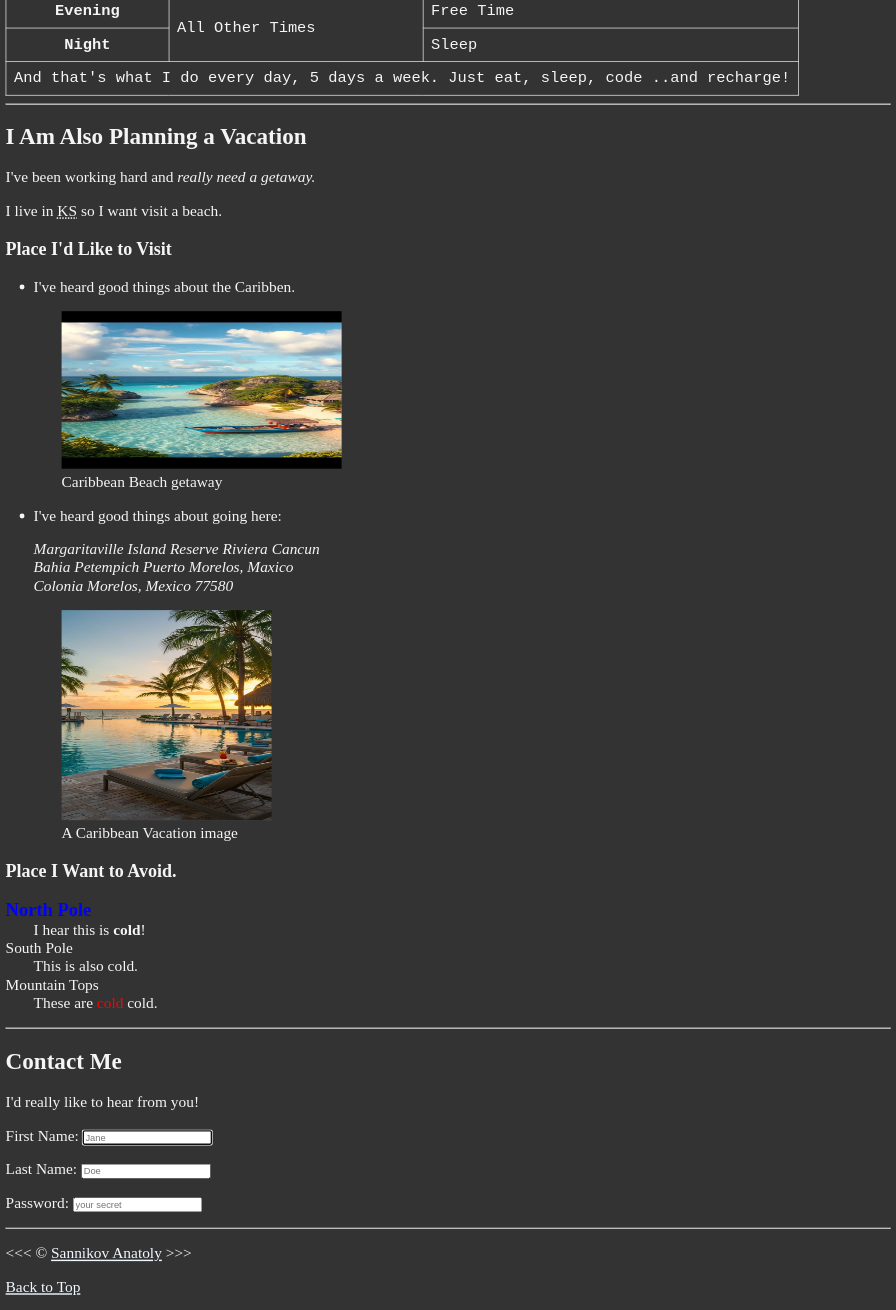
Repository: sannikovcode/exercises-a1
Page: JS/test1/task3/index.html
These files come from the project's save history. The page is drawn as it stood at one moment and after the next save; the edit follows.
The browser window is 1280 px wide. The pictures show the part of the page from y = 1372 to 3292 px (the page is 3244 px tall before and 3292 px after), at 70% of full size.

Above is the page before, as saved 2025-10-15 09:37:34.

After the next save:
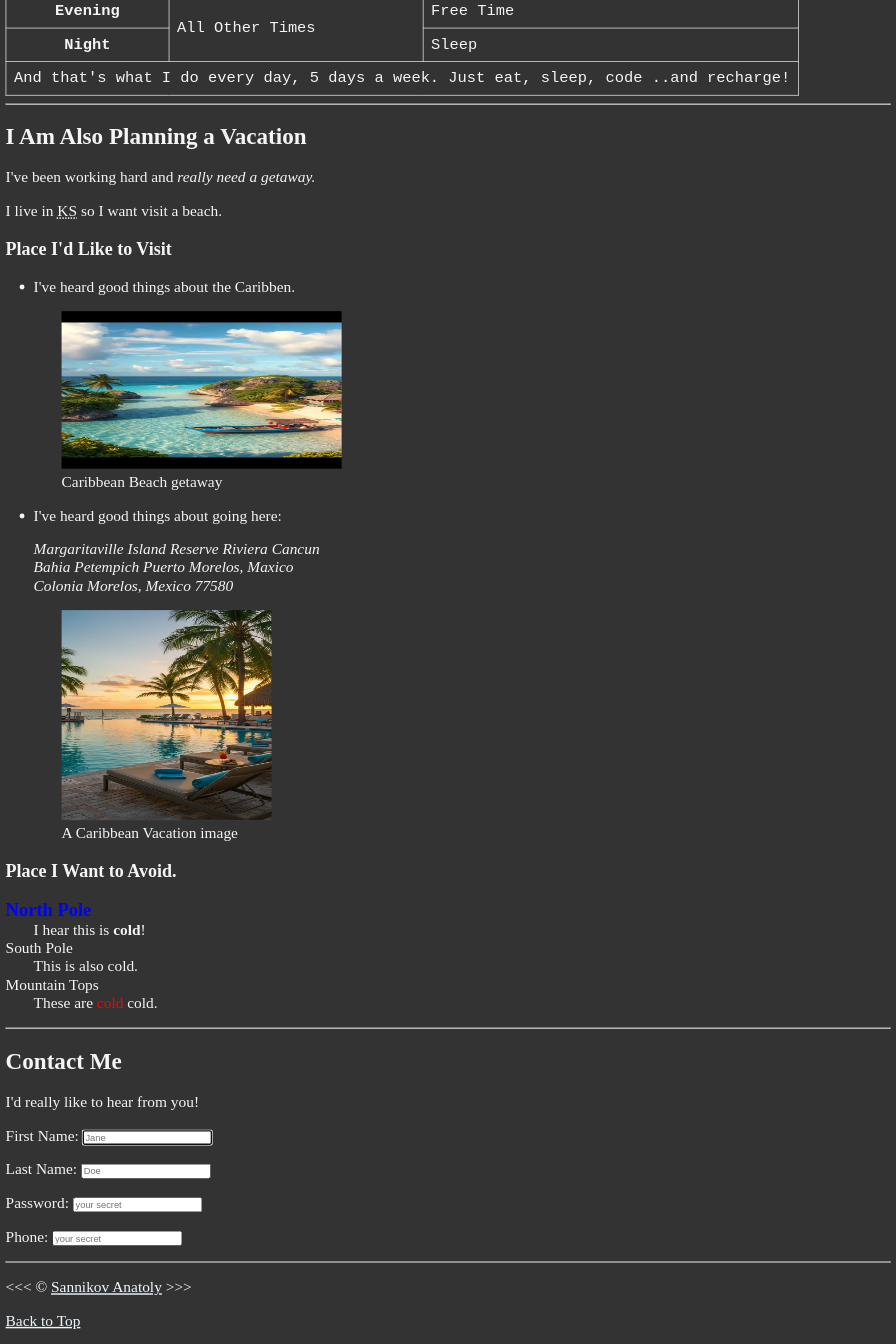
Saved 79 s later.
--- a/JS/test1/task3/index.html
+++ b/JS/test1/task3/index.html
@@ -193,6 +193,10 @@
           <label for="password">Password:</label>
           <input type="password" name="password" id="password" placeholder="your secret" required>
         </p>
+        <p>
+          <label for="phone">Phone:</label>
+          <input type="phone" name="phone" id="phone" placeholder="your secret" required>
+        </p>
       </form>
 
     </article>
